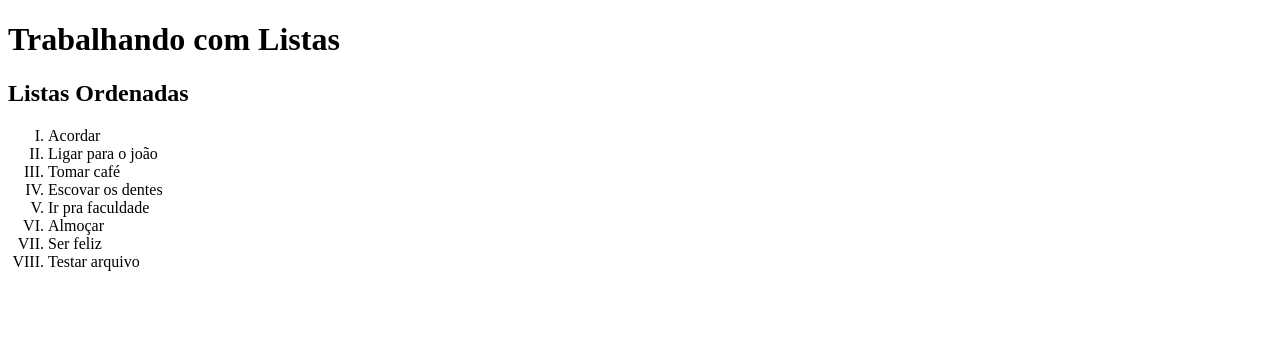
Repository: AlexandreHSSantos/Estudos
Page: Estudos HTML/Exercícios/Exercício 9/index.html
These files come from the project's save history. The page is drawn as it stood at one moment and after the next save; the edit follows.
The browser window is 1280 px wide. The pictures show the whole page.

Above is the page before, as saved 2026-08-07 10:42:41.

### Estudos HTML/Exercícios/Exercício 9/index.html
 <!DOCTYPE html>
 <html lang="pt-br">
 <head>
    <meta charset="UTF-8">
    <meta name="viewport" content="width=device-width, initial-scale=1.0">
    <link rel="shortcut icon" href="../Bokehlicia-Captiva-Edit-gnote.ico" type="image/x-icon">
    <title>Listas</title>
 </head>
 <body>
    <h1>Trabalhando com Listas</h1>
    <h2>Listas Ordenadas</h2>
    <ol type="I">
        <li>Acordar
        <li>Ligar para o joão
        <li>Tomar café
        <li>Escovar os dentes
        <li>Ir pra faculdade</li>
        <li>Almoçar</li>
        <li>Ser feliz</li>
        <li>Testar arquivo</li>
    </ol>

    <h2></h2>
 </body>
 </html>

After the next save:
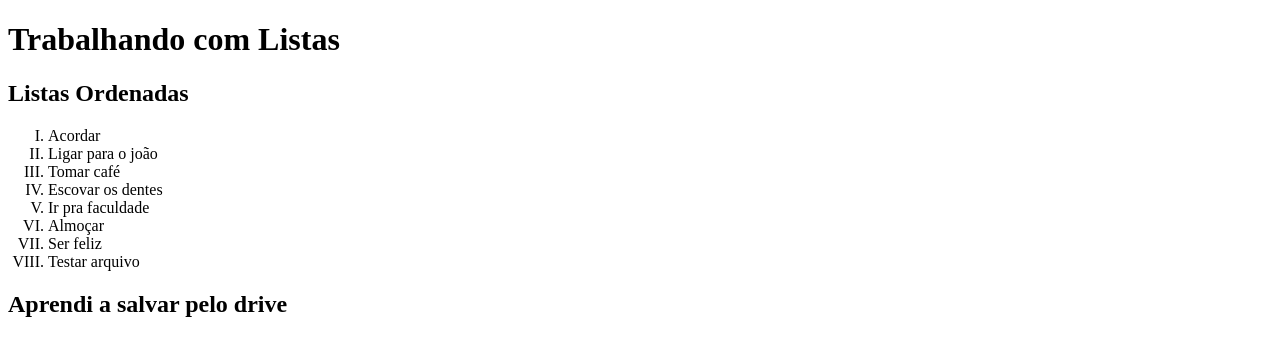
Saved 11 s later.
--- a/Estudos HTML/Exercícios/Exercício 9/index.html
+++ b/Estudos HTML/Exercícios/Exercício 9/index.html
@@ -20,6 +20,6 @@
         <li>Testar arquivo</li>
     </ol>
 
-    <h2></h2>
+    <h2>Aprendi a salvar pelo drive</h2>
  </body>
  </html>
